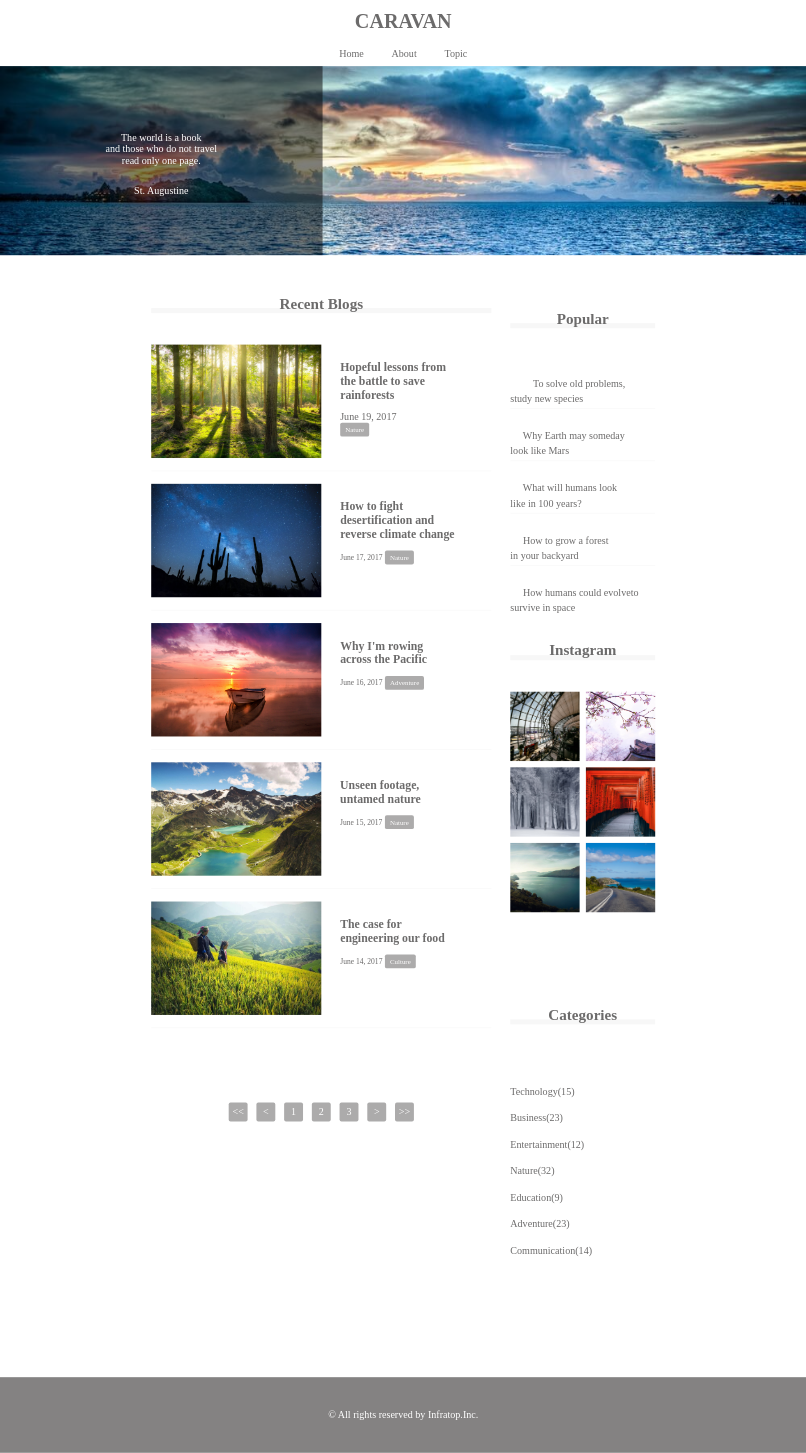
Repository: ayakodesu/html-practice
Page: caravan/index.html
The author's editor kept a record of every edit. The page is drawn from the files as they stood at one moment, then again after the next edit.
The browser window is 1280 px wide. The pictures show the whole page, at 63% of full size.

Above is the page before.

After the next edit:
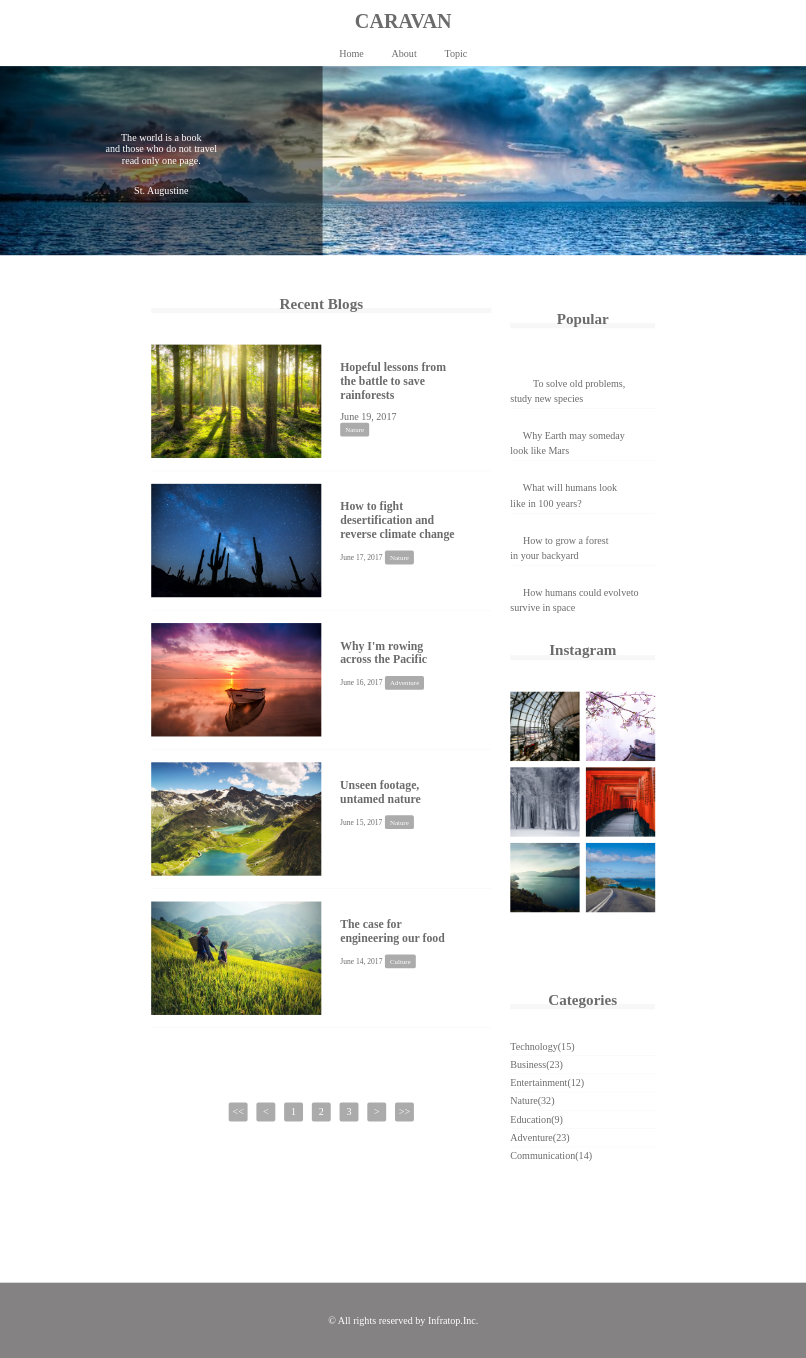
The edit:
--- a/caravan/index.html
+++ b/caravan/index.html
@@ -165,16 +165,16 @@
 
  　</section>
 
- 　<section class="categories">
- 　<h2 class="categories-heading common-heading">Categories</h2>
- 　<div class="sidebar-contents">
- 　<p class="categori-text">Technology(15)</p>
- 　<p class="categori-text">Business(23)</p>
- 　<p class="categori-text">Entertainment(12)</p>
- 　<p class="categori-text">Nature(32)</p>
- 　<p class="categori-text">Education(9)</p>
- 　<p class="categori-text">Adventure(23)</p>
- 　<p class="categori-text">Communication(14)</p>
+  <section class="categories">
+          <h2 class="categories-heading common-heading">Categories</h2>
+          <div class="sidebar-contents">
+            <p class="categories-text">Technology(15)</p>
+            <p class="categories-text">Business(23)</p>
+            <p class="categories-text">Entertainment(12)</p>
+            <p class="categories-text">Nature(32)</p>
+            <p class="categories-text">Education(9)</p>
+            <p class="categories-text">Adventure(23)</p>
+            <p class="categories-text">Communication(14)</p>
  　</div>
 
  　</section>
